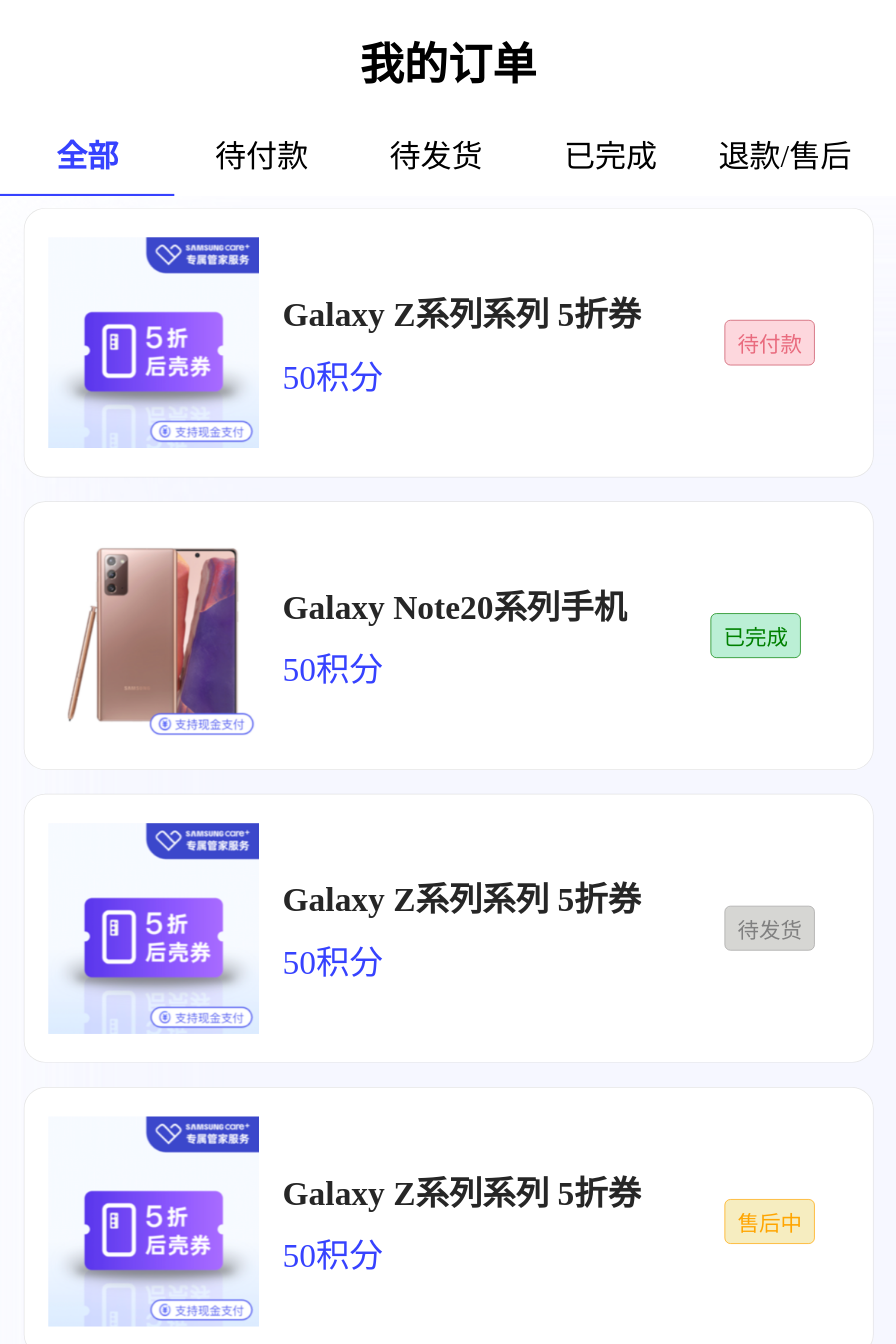
Repository: lucky-LoL735/jfsc
Page: order.html
These files come from the project's save history. The page is drawn as it stood at one moment and after the next save; the edit follows.
The browser window is 1280 px wide. The pictures show the part of the page from y = 0 to 1920 px (the page is 2808 px tall), at 70% of full size.

Above is the page before, as saved 2022-11-17 10:46:52.

### order.html
<!DOCTYPE html>
<html lang="en" style="font-size: 100px;">

<head>
    <meta charset="UTF-8">
    <meta http-equiv="X-UA-Compatible" content="IE=edge">
    <meta name="viewport" content="width=device-width, initial-scale=1.0">
    <title>我的订单</title>
</head>
<style>
    * {
        margin: 0;
        padding: 0;
    }

    body {
        background: url(./imgs/blurcolor@2x.png) no-repeat no-repeat;
        background-size: cover;
        /*把背景图片放大到适合元素容器的尺寸，图片比例不变，但是要注意，超出容器的部分可能会裁掉。*/
    }

    .header {
        background: #FFFFFF;
    }

    .header .title h2 {
        height: 1.1rem;
        text-align: center;
        line-height: 1.1rem;
        font-size: 0.37rem;
    }

    .header .nav {
        display: flex;
        justify-content: space-between;
        font-size: 0.26rem;

    }

    .header .nav div {
        flex: 1;
        text-align: center;
    }

    .header .nav .active {
        padding: 0 0 0.15rem 0;
        font-weight: bold;
        color: #3642FF;
        border-bottom: 3px solid #3642FF;
    }

    .header .nav .tail {
        padding: 0 0.2rem 0.15rem 0;
        margin: 0;
    }

    .content {
        padding: 0.1rem 0.2rem 0 0.2rem;

    }

    .content .item {
        display: flex;
        /*justify-content: space-around;*/
        align-items: center;
        background: #FFFFFF;
        border: 1px solid rgba(0, 0, 0, 0.1);
        width: 100%;
        height: 2.24rem;
        border-radius: 0.18rem;
        margin-bottom: 0.2rem;

    }

    .content .item .img img {
        display: flex;
        width: 1.76rem;
        height: 1.76rem;
        padding: 0.2rem;
    }

    .content .item .info {
        display: block;
        color: rgba(0, 0, 0, 0.65);
        text-align: left;
    }

    .content .item .info p:first-of-type {
        color: rgba(0, 0, 0, 0.85);
        font-weight: bolder;
        overflow: hidden;
        text-overflow: ellipsis;
        white-space: nowrap;
    }

    .content .item .info p:last-of-type {
        margin-top: 0.12rem;
        color: #3642FF;
    }

    .content .item .info p {
        font-size: 0.28rem;
    }

    .content .item .badge span {
        display: flex;
        /*border: 1px solid #c94c5f;
        background: pink;
        color: #ce6575;*/
        padding: 0.05rem 0.1rem 0.05rem 0.1rem;
        border-radius: 0.05rem;
        text-align: center;
        font-size: 0.18rem;
        margin-left: 0.7rem;
    }

    .a {
        background-color: rgb(251, 233, 235);
    }

    .b {
        background-color: rgb(236, 60, 60);
    }

    .c {
        background-color: rgb(164, 162, 162);
    }


    /*如果设备像素大于等于2，则背景图用2倍图*/
    @media screen and (-webkit-min-device-pixel-ratio: 2),
    screen and (min--moz-device-pixel-ratio: 2) {
        body {
            background: url(./imgs/blurcolor@2x.png) no-repeat no-repeat;
        }
    }

    /*如果设备像素大于等于3，则用3倍图*/
    @media screen and (-webkit-min-device-pixel-ratio: 3),
    screen and (min--moz-device-pixel-ratio: 3) {
        body {
            background: url(./imgs/blurcolor@3x.png) no-repeat no-repeat;
        }
    }
</style>

<body>
    <div class="header">
        <div class="title">
            <h2>我的订单</h2>
        </div>
        <div class="nav">
            <div class="active">
                <p>全部</p>
            </div>
            <div>
                <p>待付款</p>
            </div>
            <div>
                <p>待发货</p>
            </div>
            <div>
                <p>已完成</p>
            </div>
            <div class="tail">
                <p>退款/售后</p>
            </div>
        </div>
    </div>
    <main>
        <div class="content">
        </div>
    </main>
</body>

<script>
    (function (doc, win) {
        var docEl = doc.documentElement,
            resizeEvt = 'orientationchange' in window ? 'orientationchange' : 'resize',
            recalc = function () {
                var clientWidth = docEl.clientWidth;
                if (!clientWidth) return;
                docEl.style.fontSize = 100 * (clientWidth / 750) + 'px';
            };
        if (!doc.addEventListener) return;
        win.addEventListener(resizeEvt, recalc, false);
        doc.addEventListener('DOMContentLoaded', recalc, false);
    })(document, window)

    var content = document.getElementsByClassName("content");
    var item = [
     { img: './imgs/backz@2x.png', srcset: './imgs/backz@2x.png 2x,./imgs/back@3x.png 3x', name: 'Galaxy Z系列系列 5折券', number: '50积分', status: '待付款' ,},
     { img: './imgs/phone@2x.png', srcset: './imgs/phone@2x.png 2x,./imgs/phone@3x.png 3x', name: 'Galaxy Note20系列手机', number: '50积分', status: '已完成',},
     { img: './imgs/backz@2x.png', srcset: './imgs/backz@2x.png 2x,./imgs/back@3x.png 3x', name: 'Galaxy Z系列系列 5折券', number: '50积分', status: '待发货',},
     { img: './imgs/backz@2x.png', srcset: './imgs/backz@2x.png 2x,./imgs/back@3x.png 3x', name: 'Galaxy Z系列系列 5折券', number: '50积分', status: '售后中',},
     { img: './imgs/backz@2x.png', srcset: './imgs/backz@2x.png 2x,./imgs/back@3x.png 3x', name: 'Galaxy Z系列系列 5折券', number: '50积分', status: '待发货',},
     { img: './imgs/backz@2x.png', srcset: './imgs/backz@2x.png 2x,./imgs/back@3x.png 3x', name: 'Galaxy Z系列系列 5折券', number: '50积分', status: '待发货',}
     ]
     /*循环加载到页面*/
     function getOrderData() {
        var html = '';
        for(var i = 0; i<item.length; i++) {
            html +=` <div class="item">
            <div class="img">
                <img src=${item[i].img} srcset=${item[i].srcset} />
            </div>
            <div class="info">
                <p>${item[i].name}</p>
                <p>${item[i].number}</p>
            </div>
            <div class="badge">
            <span class="badge1">${item[i].status}</span>
         </div>
        </div>`
        }
        content[0].innerHTML = html;
    }

    window.onload = getOrderData();
    /*获取span文字内容*/
    var orderStatus = document.getElementsByClassName("badge1");
    console.log(orderStatus)
    /*获取dom，修改订单状态css样式*/
    function cssStyleOrder(orderStatus) {
        for (var item = 0; item < orderStatus.length; item++){
            if(orderStatus[item].innerText == '待付款' ) {
                orderStatus[item].style.border = "1px solid #c94c5f" ;
                orderStatus[item].style.background = "rgb(253, 215, 221)" ;
                orderStatus[item].style.color = "#e96b7e"
            } else if(orderStatus[item].innerText == '待发货' ) {
                orderStatus[item].style.border = "1px solid rgb(164, 162, 162)";
                orderStatus[item].style.background = "rgb(214, 214, 211)";
                orderStatus[item].style.color = "grey";
            }else if (orderStatus[item].innerText =='已完成' ) {
                orderStatus[item].style.border = "1px solid green";
                orderStatus[item].style.background = "rgb(187, 239, 213)";
                orderStatus[item].style.color = "green";
            }else if (orderStatus[item].innerText =='售后中' ) {
                orderStatus[item].style.border = "1px solid orange";
                orderStatus[item].style.background = "rgb(246, 237, 192)";
                orderStatus[item].style.color = "orange";
            }
        }
    }
    /*调用修改css样式函数*/
    cssStyleOrder(orderStatus);
</script>

</html>

After the next save:
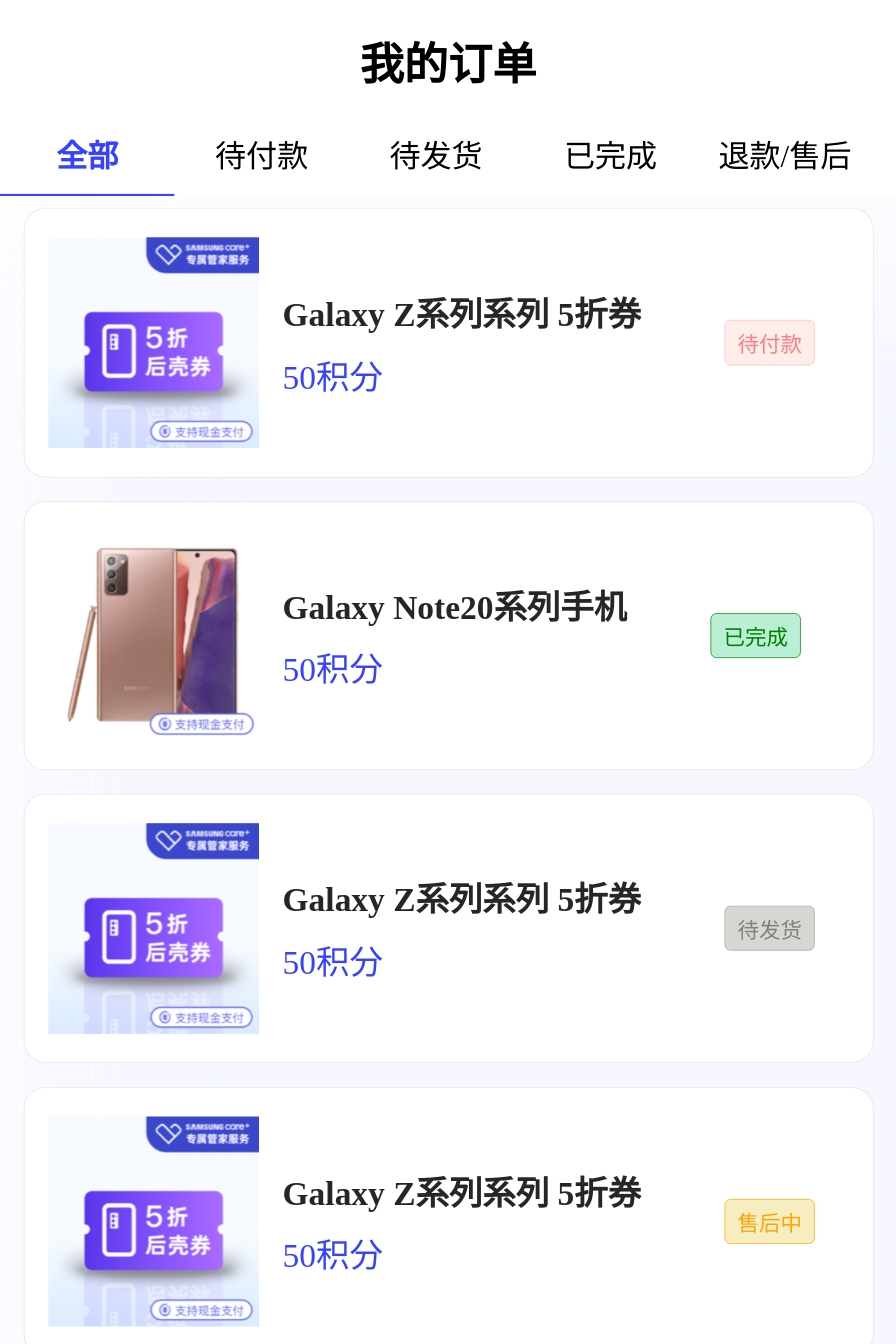
Saved 34 h 21 min later.
--- a/order.html
+++ b/order.html
@@ -224,9 +224,9 @@
     function cssStyleOrder(orderStatus) {
         for (var item = 0; item < orderStatus.length; item++){
             if(orderStatus[item].innerText == '待付款' ) {
-                orderStatus[item].style.border = "1px solid #c94c5f" ;
-                orderStatus[item].style.background = "rgb(253, 215, 221)" ;
-                orderStatus[item].style.color = "#e96b7e"
+                orderStatus[item].style.border = "1px solid rgb(255, 190, 189)" ;
+                orderStatus[item].style.background = "rgb(255, 237, 234)" ;
+                orderStatus[item].style.color = "rgb(252, 127, 131)"
             } else if(orderStatus[item].innerText == '待发货' ) {
                 orderStatus[item].style.border = "1px solid rgb(164, 162, 162)";
                 orderStatus[item].style.background = "rgb(214, 214, 211)";
